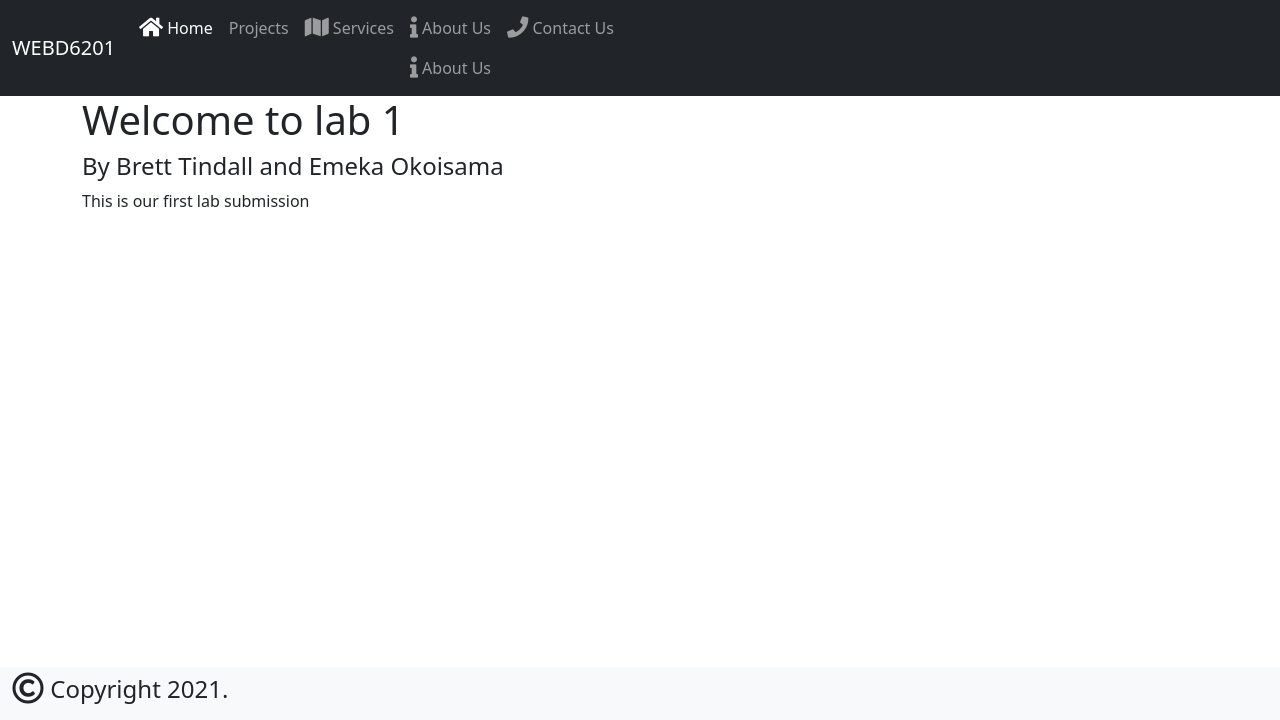
Repository: Sub4Sub/Lab_1
Page: index.html
These files come from the project's save history. The page is drawn as it stood at one moment and after the next save; the edit follows.
The browser window is 1280 px wide. The pictures show the whole page.

Above is the page before, as saved 2021-02-05 02:40:47.

After the next save:
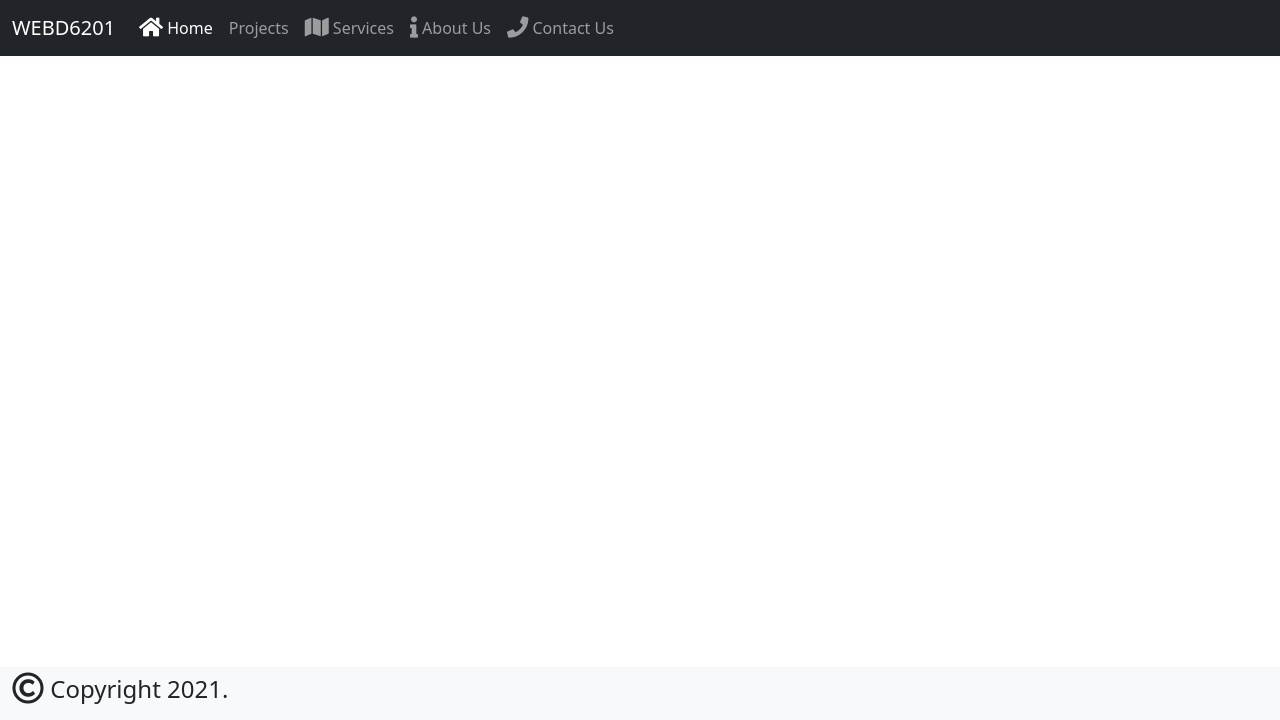
Console error: TypeError: aboutUsLink.appendAfter is not a function
Saved 42 s later.
--- a/Scripts/app.js
+++ b/Scripts/app.js
@@ -153,7 +153,7 @@
       </li>
       `
 
-      aboutUsLink.appendChild(newListItem);
+      aboutUsLink.appendAfter(newListItem);
 
     }
 

After the save that followed:
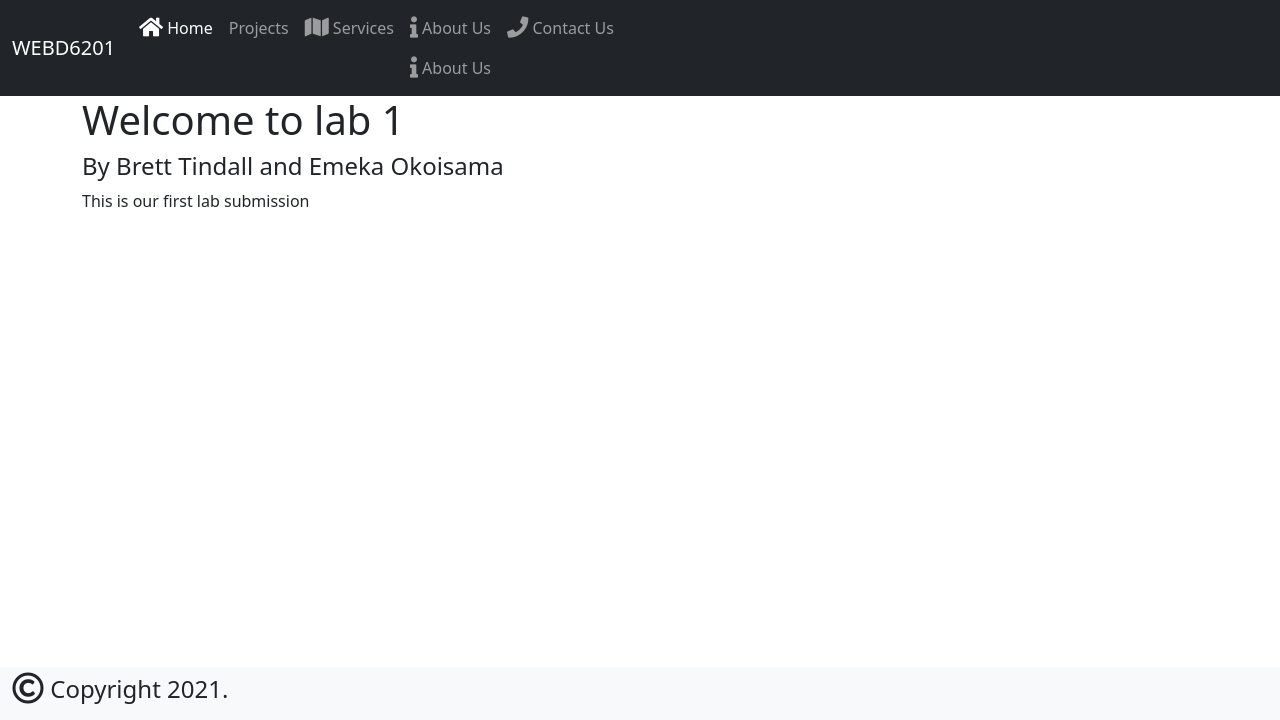
The error is gone.
Saved 8 s later.
--- a/Scripts/app.js
+++ b/Scripts/app.js
@@ -153,7 +153,7 @@
       </li>
       `
 
-      aboutUsLink.appendAfter(newListItem);
+      aboutUsLink.appendChild(newListItem);
 
     }
 
